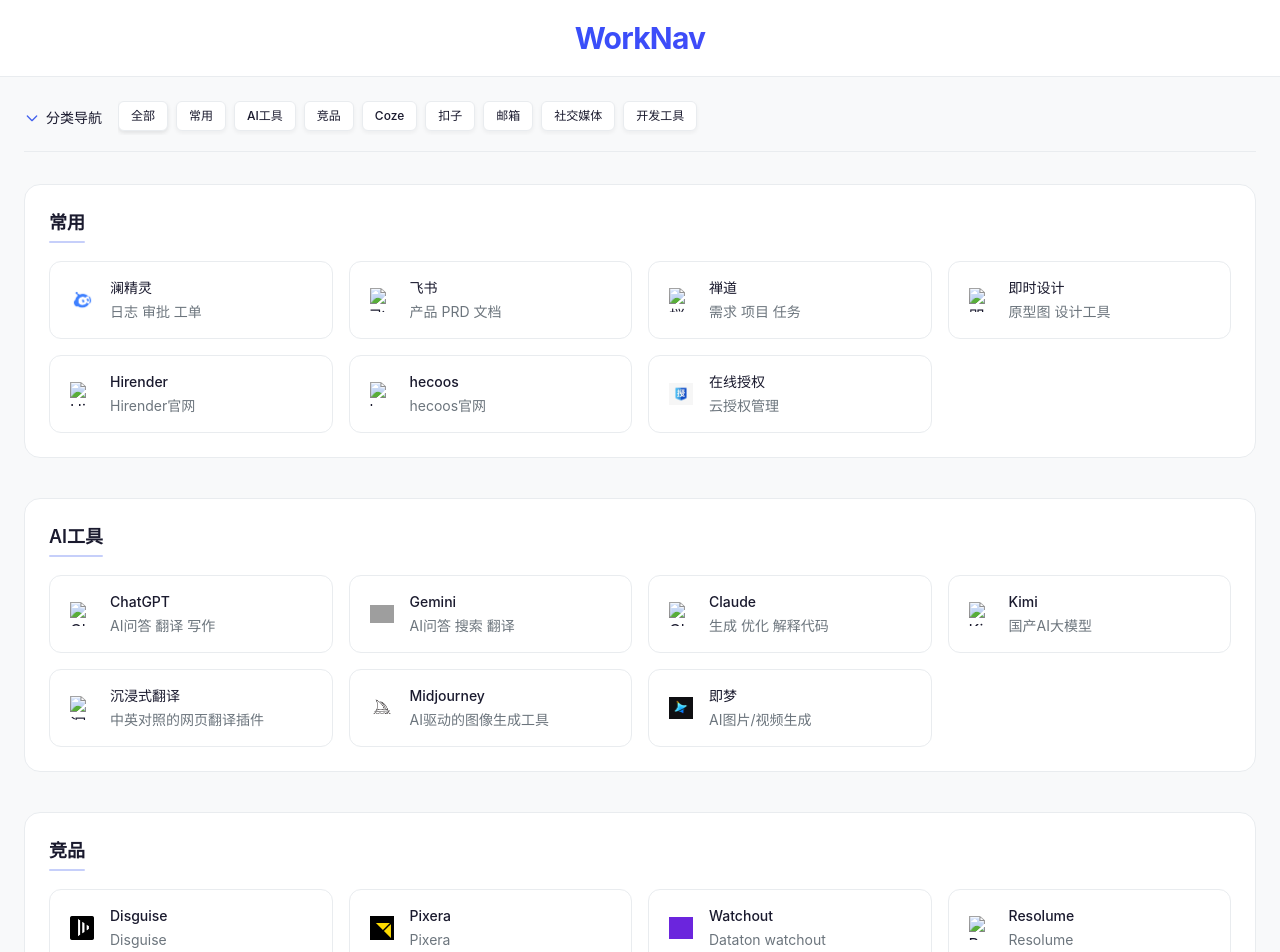
Repository: SweetPomelo0/WorkNav
Page: /
The author's editor kept a copy of each file at every save. The page is drawn from the files as they stood at one save, then again after a run of saves.
The browser window is 1280 px wide. The pictures show the part of the page from y = 0 to 952 px (the page is 2477 px tall).
Pictures or frames that could not be fetched are drawn as grey boxes. The project was rebuilt for these pictures with package versions that can differ from the ones it lists, and the page was loaded fresh each time. The framework's server and built-in components were replaced by stand-ins that run in the browser. Also part of the build but not shown: next.config.ts.

Above is the page before, as saved 2025-07-26 22:04:38.

After the next 2 saves:
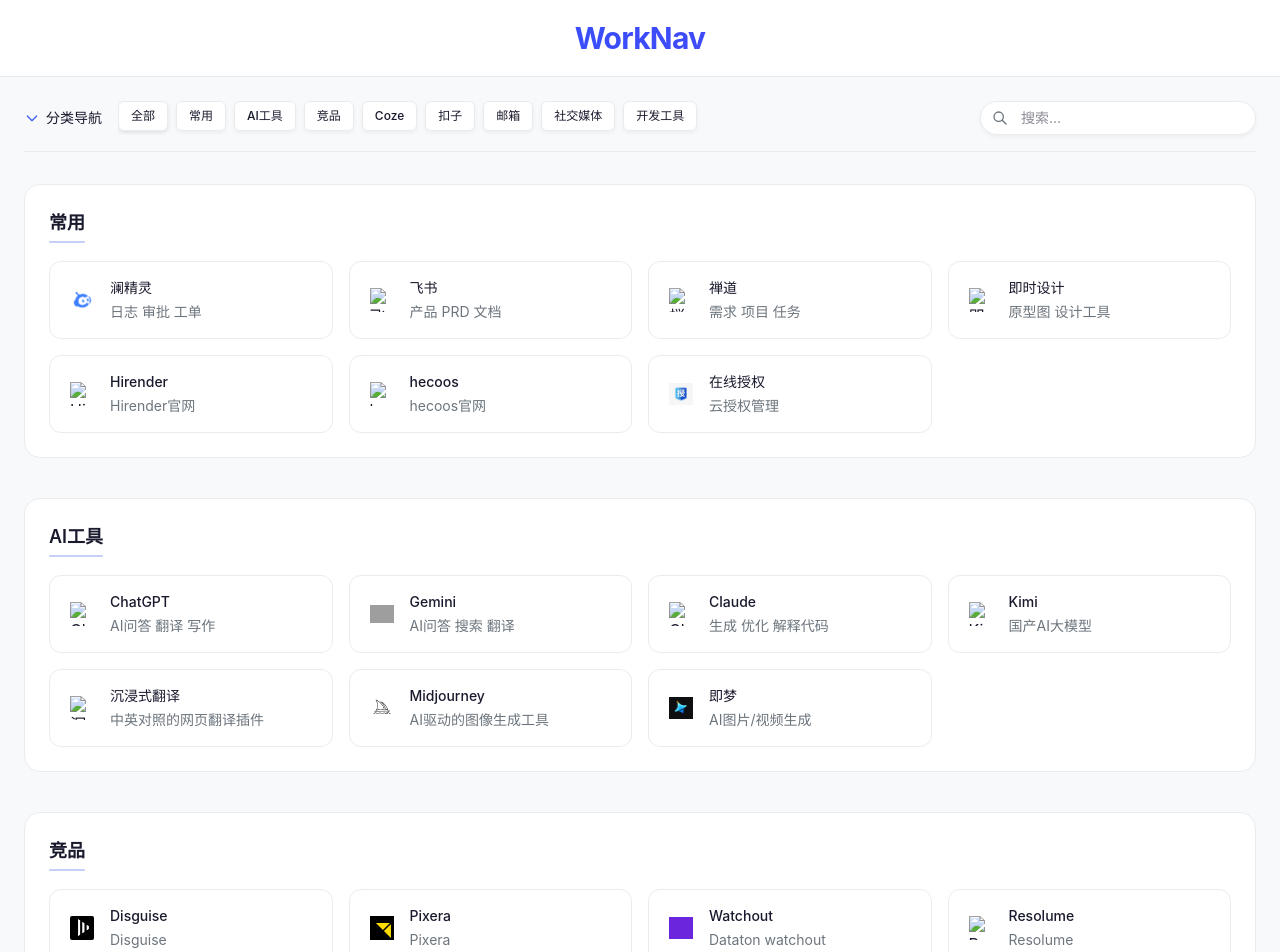
The 2 saves are shown as one change because 1 did not build or start.
The last was saved 20 s later.
--- a/src/app/page.tsx
+++ b/src/app/page.tsx
@@ -110,16 +110,17 @@
       {/* Category Navigation */}
       <div className="sticky top-0 z-10 mt-3" style={{ background: 'rgba(var(--background-rgb), 0.9)', backdropFilter: 'blur(10px)' }}>
         <div className="max-w-7xl mx-auto px-6 py-3 overflow-x-auto">
-          <div className="flex items-center">
-            <div className="flex-shrink-0 mr-4">
-              <div className="flex items-center">
-                <svg xmlns="http://www.w3.org/2000/svg" className="h-4 w-4 mr-1.5" fill="none" viewBox="0 0 24 24" stroke="currentColor" style={{ color: 'var(--accent)' }}>
-                  <path strokeLinecap="round" strokeLinejoin="round" strokeWidth={2} d="M19 9l-7 7-7-7" />
-                </svg>
-                <span className="text-sm font-medium" style={{ color: 'var(--text-primary)' }}>分类导航</span>
+          <div className="flex items-center justify-between">
+            <div className="flex items-center flex-grow">
+              <div className="flex-shrink-0 mr-4">
+                <div className="flex items-center">
+                  <svg xmlns="http://www.w3.org/2000/svg" className="h-4 w-4 mr-1.5" fill="none" viewBox="0 0 24 24" stroke="currentColor" style={{ color: 'var(--accent)' }}>
+                    <path strokeLinecap="round" strokeLinejoin="round" strokeWidth={2} d="M19 9l-7 7-7-7" />
+                  </svg>
+                  <span className="text-sm font-medium" style={{ color: 'var(--text-primary)' }}>分类导航</span>
+                </div>
               </div>
-            </div>
-            <div className="flex space-x-2 overflow-x-auto pb-1 scrollbar-thin flex-grow">
+              <div className="flex space-x-2 overflow-x-auto pb-1 scrollbar-thin flex-grow">
               <a
                 href="#"
                 onClick={(e) => {
@@ -162,6 +163,32 @@
                 </a>
               ))}
             </div>
+            </div>
+            <div className="ml-4 relative flex-shrink-0 hidden md:block">
+              <div className="relative" style={{ minWidth: '220px' }}>
+                <input
+                  type="text"
+                  placeholder="搜索..."
+                  value={searchTerm}
+                  onChange={(e) => setSearchTerm(e.target.value)}
+                  onFocus={() => setIsSearching(true)}
+                  onBlur={() => setTimeout(() => setIsSearching(false), 200)}
+                  className="w-full pl-10 pr-4 py-1.5 text-sm rounded-full transition-all duration-300 focus:ring-2 focus:outline-none"
+                  style={{
+                    background: 'var(--card-bg)',
+                    border: '1px solid var(--card-border)',
+                    color: 'var(--text-primary)',
+                    boxShadow: isSearching ? '0 4px 12px rgba(0,0,0,0.1)' : '0 2px 4px rgba(0,0,0,0.05)',
+                    focusVisible: { outline: 'none' },
+                  }}
+                />
+                <div className="absolute left-3 top-1/2 transform -translate-y-1/2">
+                  <svg xmlns="http://www.w3.org/2000/svg" className="h-4 w-4" fill="none" viewBox="0 0 24 24" stroke="currentColor" style={{ color: 'var(--text-secondary)' }}>
+                    <path strokeLinecap="round" strokeLinejoin="round" strokeWidth={2} d="M21 21l-6-6m2-5a7 7 0 11-14 0 7 7 0 0114 0z" />
+                  </svg>
+                </div>
+              </div>
+            </div>
           </div>
         </div>
         <div className="max-w-7xl mx-auto px-6">
